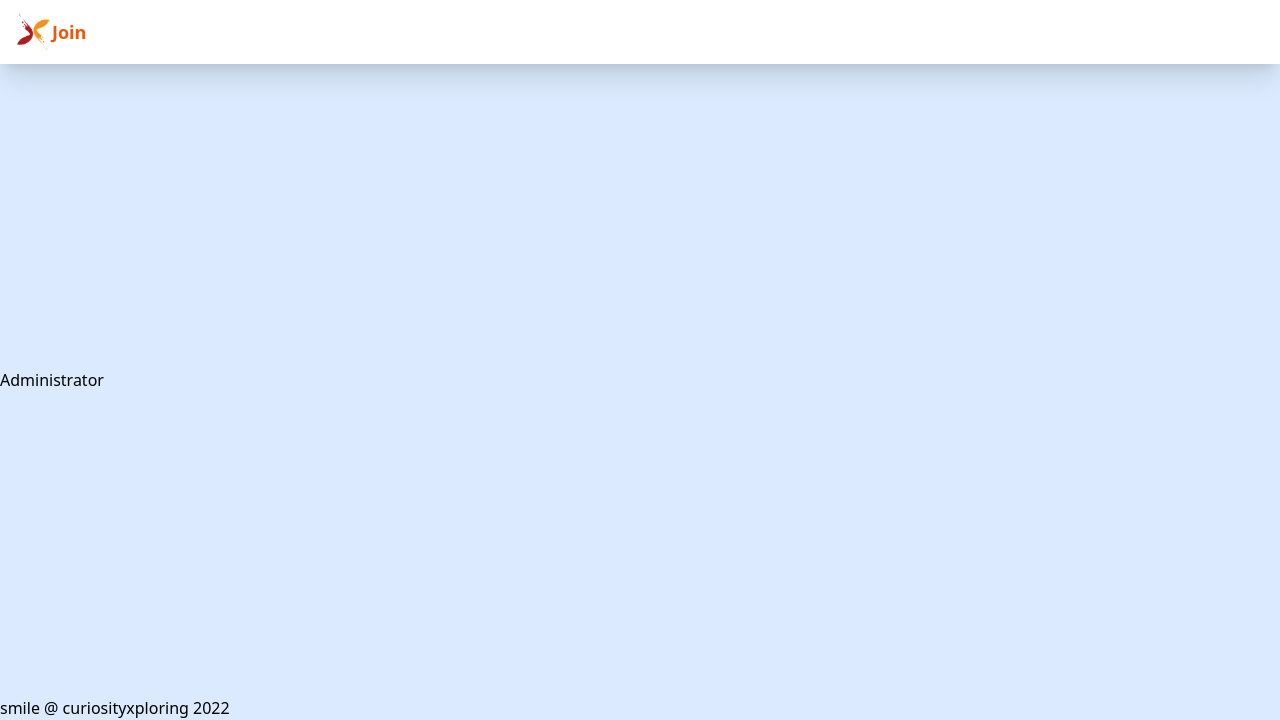
Repository: emorilebo/curiosityxploring-site
Page: /
The author's editor kept a copy of each file at every save. The page is drawn from the files as they stood at one save, then again after the next save.
The browser window is 1280 px wide. The pictures show the whole page.
The project was rebuilt for these pictures with package versions that can differ from the ones it lists, and the page was loaded fresh each time. The framework's server and built-in components were replaced by stand-ins that run in the browser. Also part of the build but not shown: next.config.js.

Above is the page before, as saved 2022-12-11 17:06:15.

After the next save:
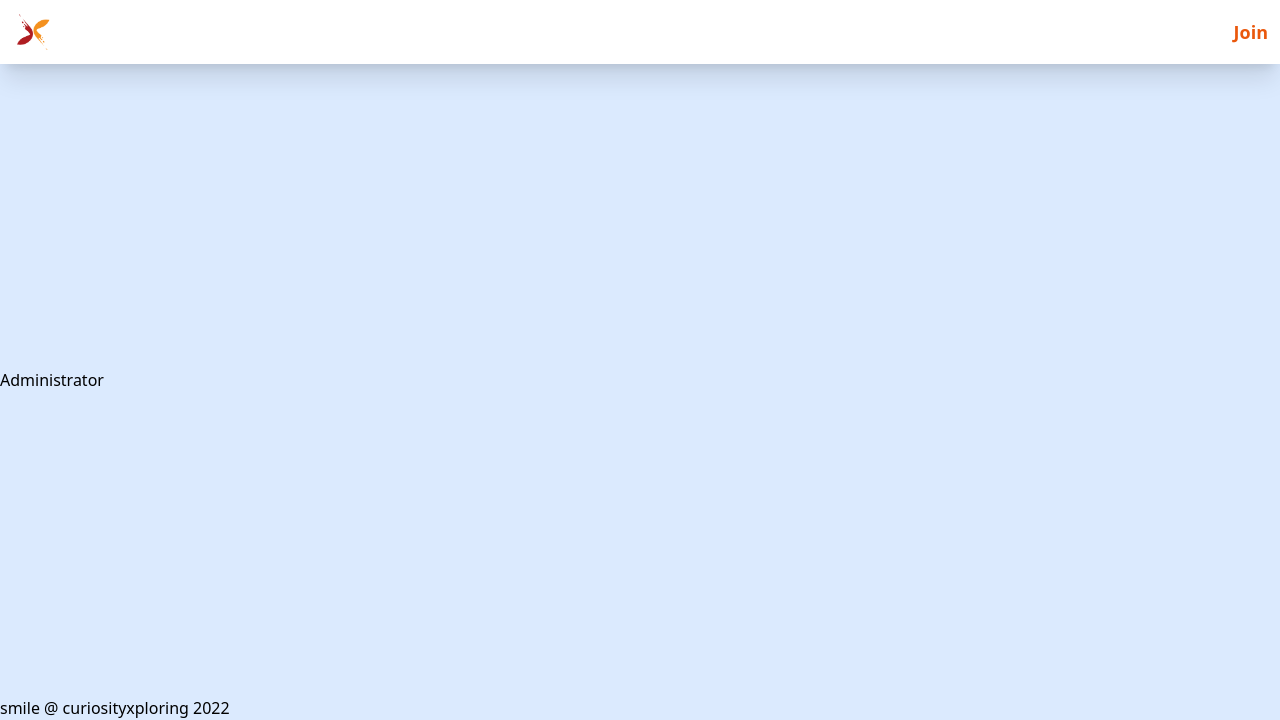
Saved 5 s later.
--- a/components/Header.jsx
+++ b/components/Header.jsx
@@ -3,7 +3,7 @@
 
 const Header = () => {
   return (
-    <nav className="bg-white p-3 shadow-xl flex  align-middle items-center just">
+    <nav className="bg-white p-3 shadow-xl flex  align-middle items-center justify-between">
       <Link href="/">
         <img className="h-10 w-10" src="/images/curiositylogo.png" alt="" />
       </Link>
